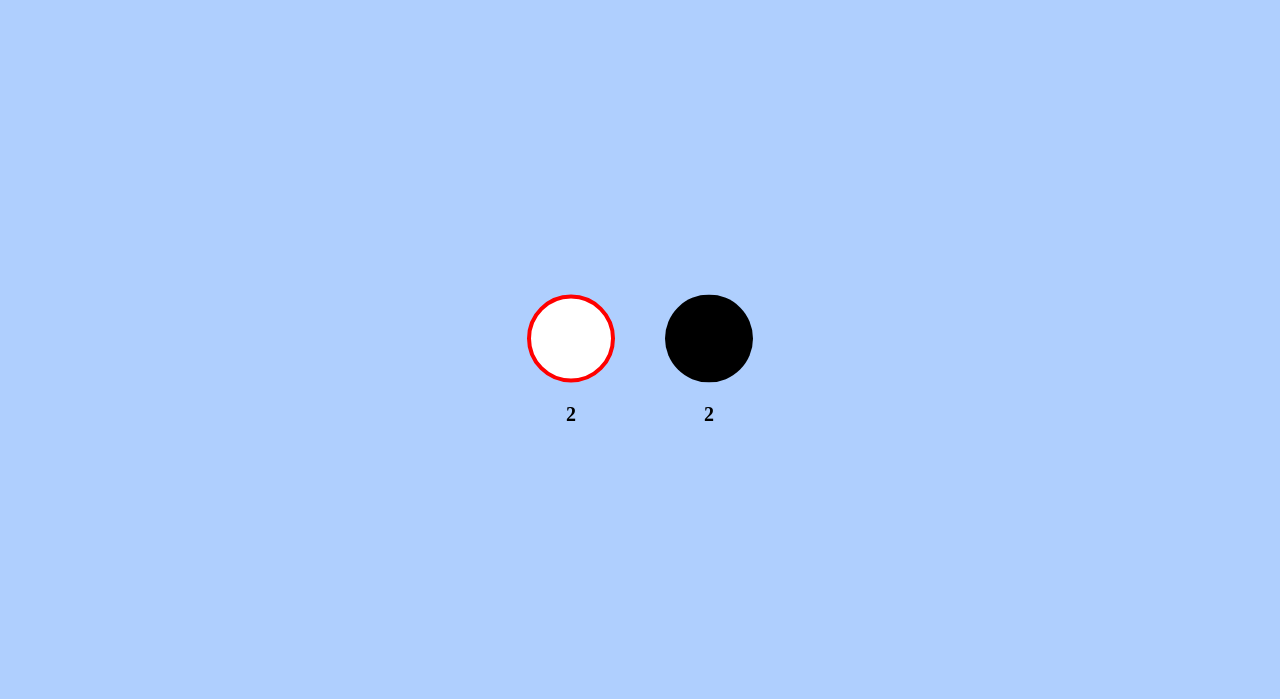
Repository: eliaoucohen72/react-reversi
Page: /
An editor plug-in stored every save of this project. The page is shown before and after a run of saves, followed by the edit.
The browser window is 1280 px wide. The pictures show the whole page.
The project was rebuilt for these pictures with package versions that can differ from the ones it lists, and the page was loaded fresh each time. Also part of the build but not shown: vite.config.ts, src/Notifications.tsx.

Above is the page before, as saved 2024-09-05 17:31:51.

### src/App.tsx
import { useState } from "react";
import style from "./style";
import { css, flipPieces, initBoard, isValidMove } from "./utils";
import { Cell, Player } from "./types";
import Notifications from "./Notifications";
import PlayerStatus from "./PlayerStatus";

function App() {
  const [currentPlayer, setCurrentPlayer] = useState<Player>("black");
  const [board, setBoard] = useState<Cell[]>(() => initBoard());
  const [notification, setNotification] = useState<string | null>(null);

  const handleClick = (i: number) => {
    if (isValidMove(board, i, currentPlayer)) {
      let newBoard = [...board];
      newBoard[i] = currentPlayer;
      newBoard = flipPieces(newBoard, i, currentPlayer);
      setBoard(newBoard);
      setCurrentPlayer(currentPlayer === "black" ? "white" : "black");
    } else {
      setNotification("Invalid move");
      setTimeout(() => setNotification(null), 3000);
    }
  };

  return (
    <div style={css(style.wrapper)}>
      {notification && <Notifications message={notification} />}
      <div style={css(style.subWrapper)}>
        <PlayerStatus board={board} currentPlayer="white" />

        <PlayerStatus board={board} currentPlayer="black" />
      </div>
    </div>
  );
}

export default App;

### src/style.ts
import { Cell, Player } from "./types";

const COLORS = {
  WHITE: "white",
  BLACK: "black",
  RED: "red",
  TRANSPARENT: "transparent",
  BACKGROUND: "#afcffe",
  BOARD: "#00a000",
  BOARD_OUTLINE: "#2196f3",
  ITEM: "rgba(255, 255, 255, 0.8)",
};

const styles = {
  notification: {
    position: 'fixed',
    top: '50%',
    left: '50%',
    transform: 'translateX(-50%)',
    backgroundColor: COLORS.RED,
    color: '#ffffff',
    padding: '10px',
    borderRadius: '5px',
    zIndex: 1000,
    display: 'flex',
    alignItems: 'center',
    justifyContent: 'center',
  },
  wrapper: {
    width: "100vw",
    height: "100vh",
    backgroundColor: COLORS.BACKGROUND,
    position: "relative",
  },
  subWrapper: {
    width: "100%",
    display: "flex",
    alignItems: "center",
    justifyContent: "center",
    gap: "50px",
    position: "absolute",
    top: "50%",
    left: "0%",
    transform: "translate(0%, -50%)",
  },
  playerWrapper: {
    display: "flex",
    flexDirection: "column",
    alignItems: "center",
    gap: "20px",
  },
  player: (player: Player, isCurrentPlayer: boolean) => ({
    width: "80px",
    height: "80px",
    borderRadius: "44px",
    backgroundColor: player === "white" ? COLORS.WHITE : COLORS.BLACK,
    border: isCurrentPlayer
      ? `4px solid ${COLORS.RED}`
      : `4px solid ${COLORS.TRANSPARENT}`,
  }),
  score: {
    fontSize: "20px",
    fontWeight: "700",
  },
  board: {
    width: "700px",
    height: "600px",
    backgroundColor: COLORS.BOARD,
    display: "flex",
    alignItems: "center",
    justifyContent: "center",
  },
  gridContainer: {
    display: "grid",
    gridTemplateColumns: "repeat(8, 12.5%)",
    backgroundColor: COLORS.BOARD_OUTLINE,
    padding: "10px",
    width: "500px",
    height: "500px",
  },
  item: {
    backgroundColor: COLORS.ITEM,
    border: `1px solid ${COLORS.BLACK}`,
    textAlign: "center",
    fontSize: "16px",
    display: "flex",
    alignItems: "center",
    justifyContent: "center",
    height: "100%",
    width: "100%",
  },
  coin: (cell: Cell) => ({
    height: "80%",
    width: "80%",
    borderRadius: "30px",
    backgroundColor:
      cell === "black" ? COLORS.BLACK : cell === "white" ? COLORS.WHITE : "",
  }),
};

export default styles;

### src/utils.ts
import { CSSProperties } from "react";
import { Cell, Player } from "./types";

export const css = (style: object) => style as CSSProperties;

export const initBoard = (): Cell[] => {
  const initialBoard = Array(64).fill("empty");
  initialBoard[27] = "black";
  initialBoard[28] = "white";
  initialBoard[35] = "white";
  initialBoard[36] = "black";
  return initialBoard;
};

export const flipPieces = (
  board: Cell[],
  index: number,
  player: Player
): Cell[] => {
  const directions = [-1, 1, -8, 8, -9, 9, -7, 7];
  const opponent = player === "black" ? "white" : "black";
  const newBoard: Cell[] = [...board];

  for (const direction of directions) {
    let i = index + direction;
    const toFlip = [];

    while (i >= 0 && i < 64 && board[i] === opponent) {
      toFlip.push(i);
      i += direction;
    }

    if (i >= 0 && i < 64 && board[i] === player) {
      toFlip.forEach((pos) => {
        newBoard[pos] = player;
      });
    }
  }

  return newBoard;
};

export const isValidMove = (
  board: Cell[],
  index: number,
  player: Player
): boolean => {
  if (board[index] !== "empty") return false;

  const directions = [-1, 1, -8, 8, -9, 9, -7, 7];
  const opponent = player === "black" ? "white" : "black";

  for (const direction of directions) {
    let i = index + direction;
    let foundOpponent = false;

    while (i >= 0 && i < 64 && board[i] === opponent) {
      i += direction;
      foundOpponent = true;
    }

    if (foundOpponent && i >= 0 && i < 64 && board[i] === player) {
      return true;
    }
  }

  return false;
};

### src/PlayerStatus.tsx
import { memo, useMemo } from "react";
import { css } from "./utils";
import style from "./style";
import { Cell, Player } from "./types";

const PlayerStatus = ({
  board,
  currentPlayer,
}: {
  board: Cell[];
  currentPlayer: Player;
}) => {
  const renderedWhiteScore = useMemo(
    () => (
      <div style={style.score}>{board.filter((e) => e === "white").length}</div>
    ),
    [board]
  );

  const renderedBlackScore = useMemo(
    () => (
      <div style={style.score}>{board.filter((e) => e === "black").length}</div>
    ),
    [board]
  );

  return (
    <div style={css(style.playerWrapper)}>
      <div
        style={css(style.player(currentPlayer, currentPlayer === "white"))}
      />
      {currentPlayer === "white" ? renderedWhiteScore : renderedBlackScore}
    </div>
  );
};

export default memo(PlayerStatus);

### src/Board.tsx
import { memo } from "react";
import style from "./style";
import { css } from "./utils";
import { Cell } from "./types";

const Board = ({ board }: { board: Cell[] }) => {
  return (
    <div style={css(style.board)}>
      <div style={style.gridContainer}>
        {board.map((cell, i) => (
          <div style={css(style.item)} key={i}>
            <div onClick={() => handleClick(i)} style={style.coin(cell)} />
          </div>
        ))}
      </div>
    </div>
  );
};

export default memo(Board);

Loaded but not shown: index.html (common file); src/main.tsx (common file); src/index.css (common file)

After the next 4 saves:
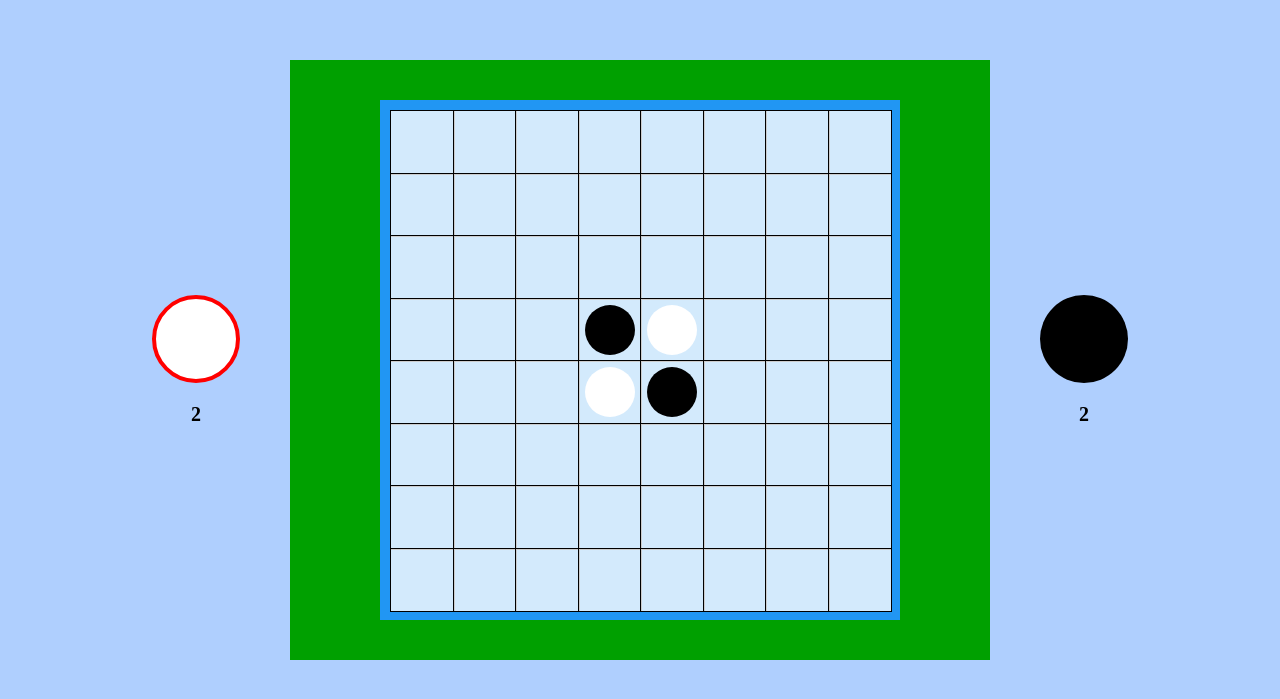
The 4 saves are shown as one change because they came seconds apart.
The last was saved 16 s later.
--- a/src/App.tsx
+++ b/src/App.tsx
@@ -4,6 +4,7 @@ import { css, flipPieces, initBoard, isValidMove } from "./utils";
 import { Cell, Player } from "./types";
 import Notifications from "./Notifications";
 import PlayerStatus from "./PlayerStatus";
+import Board from "./Board";
 
 function App() {
   const [currentPlayer, setCurrentPlayer] = useState<Player>("black");
@@ -28,7 +29,7 @@ function App() {
       {notification && <Notifications message={notification} />}
       <div style={css(style.subWrapper)}>
         <PlayerStatus board={board} currentPlayer="white" />
-
+        <Board board={board} />
         <PlayerStatus board={board} currentPlayer="black" />
       </div>
     </div>
